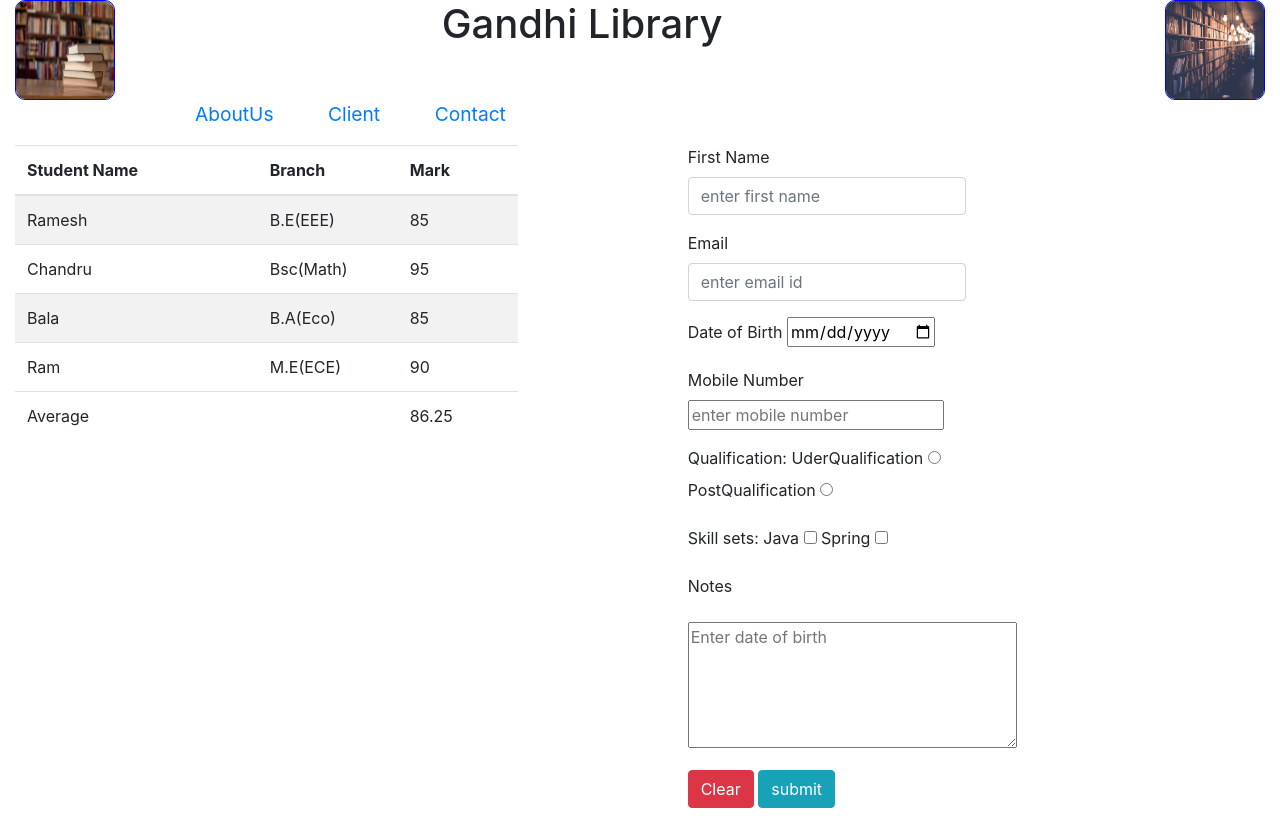
Repository: venkatesakki/JavaDeveloper
Page: css_examples/src/main/webapp/examplebootstrap.html
The author's editor kept a copy of each file at every save. The page is drawn from the files as they stood at one save, then again after the next save.
The browser window is 1280 px wide. The pictures show the whole page.

Above is the page before, as saved 2022-06-27 09:59:58.

After the next save:
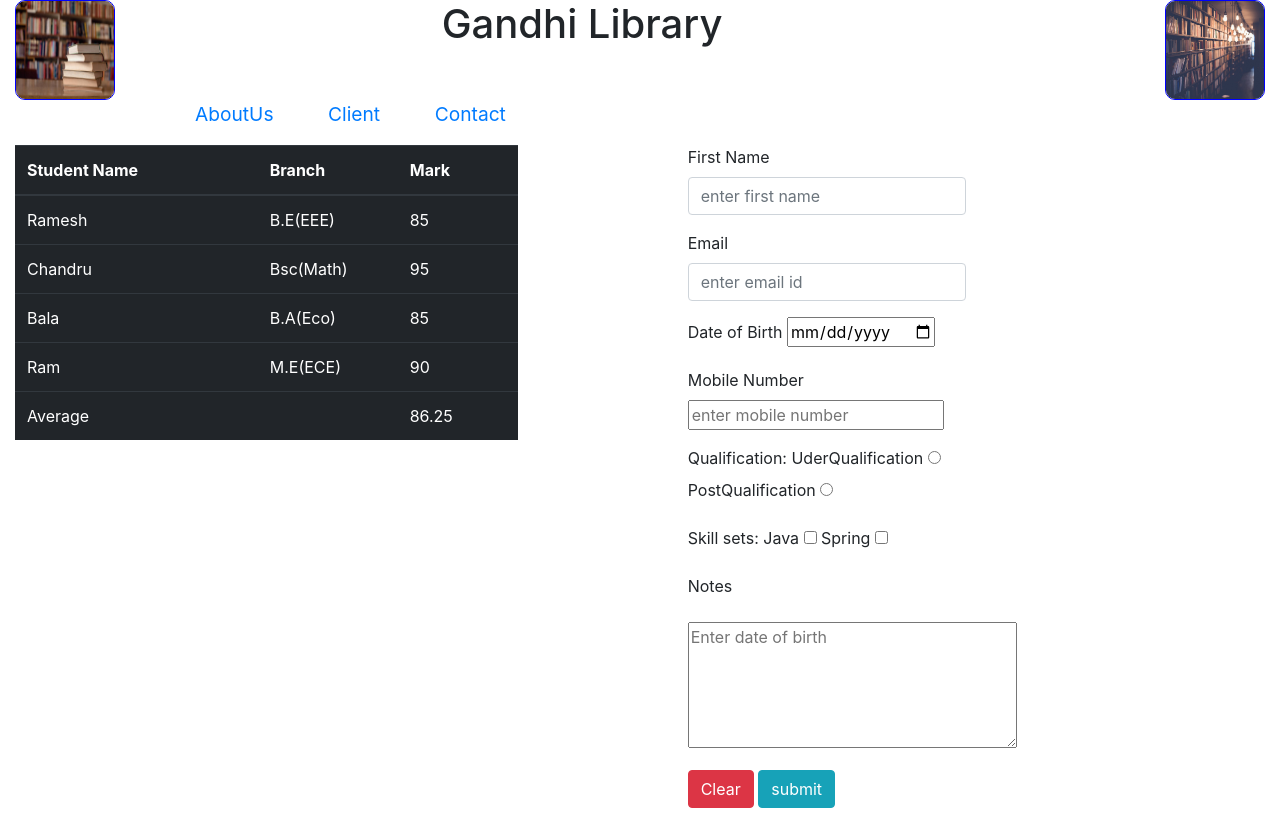
Saved 64 s later.
--- a/css_examples/src/main/webapp/examplebootstrap.html
+++ b/css_examples/src/main/webapp/examplebootstrap.html
@@ -75,7 +75,7 @@ a {
 			<div class="col-md-5">
 
 
-				<table class="table table-striped">
+				<table class="table table-dark">
 					<thead class="ligt">
 						<tr>
 							<th>Student Name</th>
